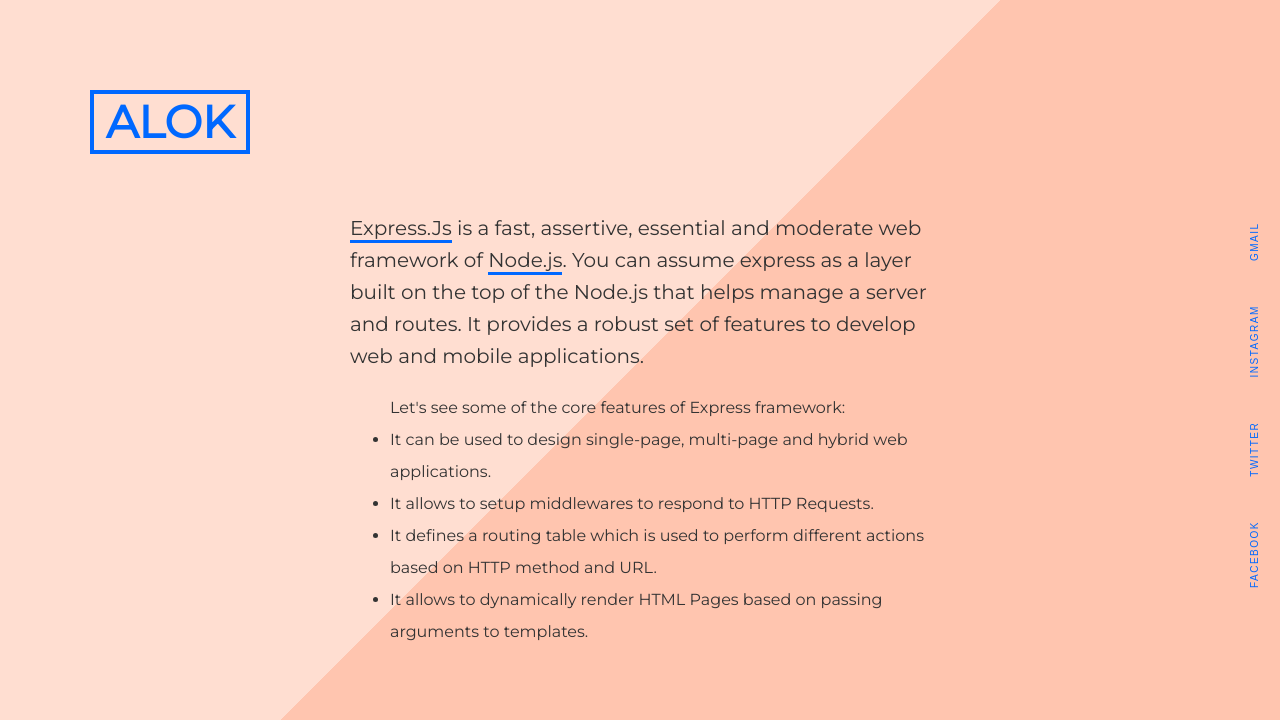
Repository: AalokJadhav/Being_Express.Js
Page: public/Hello_World_Page/index.html
An editor plug-in stored every save of this project. The page is shown before and after the next save, followed by the edit.
The browser window is 1280 px wide. The pictures show the whole page.
An inner scrolling area shows only its first screen. Some web fonts or font styles are not loaded; a fallback is used.

Above is the page before, as saved 2020-11-10 02:56:40.

After the next save:
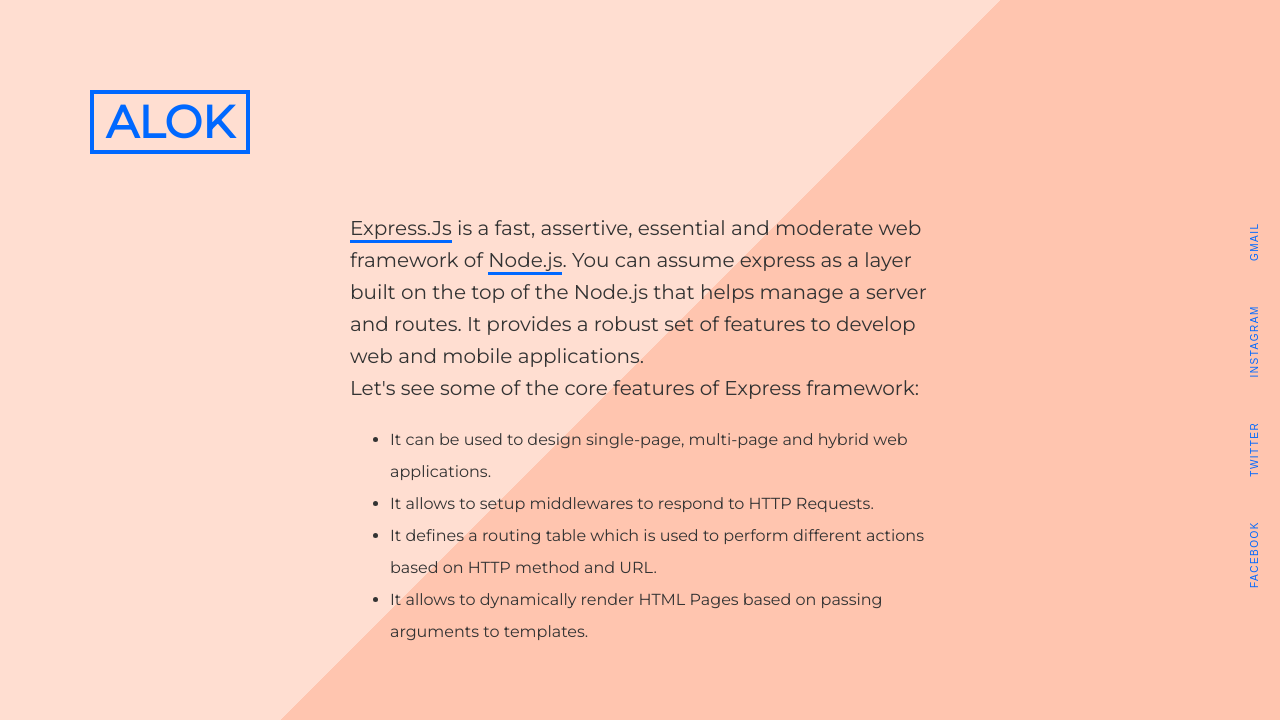
Saved 54 s later.
--- a/public/Hello_World_Page/index.html
+++ b/public/Hello_World_Page/index.html
@@ -23,8 +23,9 @@
           <a href="https://en.wikipedia.org/wiki/Node.js" target="_blank">Node.js</a>.
           You can assume express as a layer built on the top of the Node.js that helps manage a server and routes. It provides a robust set of
           features to develop web and mobile applications.
-
-          <ul>Let's see some of the core features of Express framework:
+          <br>
+          Let's see some of the core features of Express framework:
+          <ul>
 
           <li>It can be used to design single-page, multi-page and hybrid web applications.</li>
           <li>It allows to setup middlewares to respond to HTTP Requests.</li>
